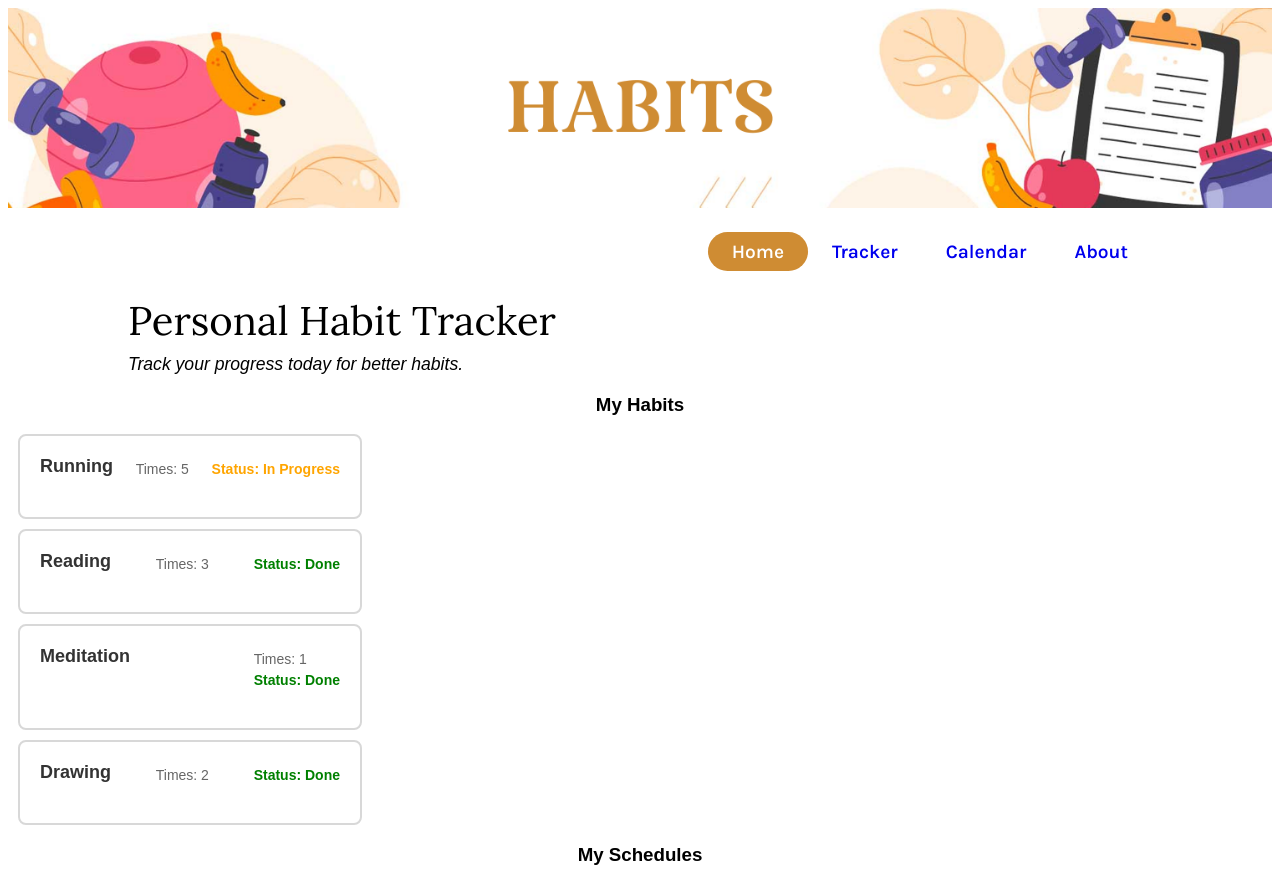
Repository: SandyLy453/habit-tracker
Page: http://localhost/
These files come from the project's save history. The page is drawn as it stood at one moment and after the next save; the edit follows.
The browser window is 1280 px wide. The pictures show the whole page.
The page is served by the project's Node server (server.js).

Above is the page before, as saved 2025-03-14 19:19:25.

### views/pages/home.ejs
<!DOCTYPE html>
<html lang="en">
<head>
    <meta charset="UTF-8">
    <meta name="viewport" content="width=device-width, initial-scale=1.0">
    <link rel="stylesheet" href="/styles.css">

    <!-- Fonts -->
    <link rel="preconnect" href="https://fonts.googleapis.com">
    <link rel="preconnect" href="https://fonts.gstatic.com" crossorigin>
    <link href="https://fonts.googleapis.com/css2?family=Karla:ital,wght@0,200..800;1,200..800&family=Roboto:ital,wght@0,100..900;1,100..900&display=swap" rel="stylesheet">

    <link rel="preconnect" href="https://fonts.googleapis.com">
    <link rel="preconnect" href="https://fonts.gstatic.com" crossorigin>
    <link href="https://fonts.googleapis.com/css2?family=Lora:ital,wght@0,400..700;1,400..700&display=swap" rel="stylesheet">
</head>
<body>
    <%- include('../partials/header', { activePage: 'home' }) %>
    <div class="heading_section">
        <h1>Personal Habit Tracker</h1>
        <p>Track your progress today for better habits.</p>
    </div>

    <section>
        <div>
            <h3>My Habits</h3>
            <div class="card">
                <div class="habit">
                    <h3>Running</h3>
                    <p>Times: 5</p>
                    <p class="status in-progress">Status: In Progress</p>
                </div>
            </div>
            <div class="card">
                <div class="habit">
                    <h3>Reading</h3>
                    <p>Times: 3</p>
                    <p class="status done">Status: Done</p>
                </div>
            </div>
            <div class="card">
                <div class="habit">
                    <h3>Meditation</h3>
                    <div class="details">
                        <p>Times: 1</p>
                    <p class="status done">Status: Done</p>
                    </div>
                </div>
            </div>
            <div class="card">
                <div class="habit">
                    <h3>Drawing</h3>
                    <p>Times: 2</p>
                    <p class="status done">Status: Done</p>
                </div>
            </div>
        <div>
            <h3>My Schedules</h3>
        </div>
    </section>
</body>
</html>

### views/partials/header.ejs
<!DOCTYPE html>
<html lang="en">
<head>
    <meta charset="UTF-8">
    <meta name="viewport" content="width=device-width, initial-scale=1.0">
    <title>
        <%= typeof title != 'undefined' ? title : 'Page Title' %>
    </title>
    <link rel="stylesheet" href="/styles.css">
    <link rel="preconnect" href="https://fonts.googleapis.com">
    <link rel="preconnect" href="https://fonts.gstatic.com" crossorigin>
    <link href="https://fonts.googleapis.com/css2?family=Karla:ital,wght@0,200..800;1,200..800&family=Roboto:ital,wght@0,100..900;1,100..900&display=swap" rel="stylesheet">
</head>
<body>
    <header>
        <div class="header_container">
            <img src="<%= activePage === 'home' ? '/images/home_banner.png' : activePage === 'tracker' ? '/images/tracker_banner.png' : activePage === 'calendar' ? '/images/calendar_banner.png' : '/images/about_banner.png' %>" />
            <ul class="header">
                <li><a href="/" class="header_items <%= activePage === 'home' ? 'highlight' : '' %>">Home</a></li>
                <li><a href="/tracker" class="header_items <%= activePage === 'tracker' ? 'highlight' : '' %>">Tracker</a></li>
                <li><a href="/calendar" class="header_items <%= activePage === 'calendar' ? 'highlight' : '' %>">Calendar</a></li>
                <li><a href="/about" class="header_items <%= activePage === 'about' ? 'highlight' : '' %>">About</a></li>
              </ul>
        </div>
    </header>
</body>
</html>

### server.js
import pg from 'pg';
import express from 'express';
import bodyParser from 'body-parser';
import dotenv from 'dotenv';
import path from 'path';
import { fileURLToPath } from 'url';

const __filename = fileURLToPath(import.meta.url);
const __dirname = path.dirname(__filename);

dotenv.config();

// Database setup
const db = new pg.Client({
  user: process.env.DB_USER,
  host: process.env.DB_HOST,
  database: process.env.DB_DATABASE,
  password: process.env.DB_PASSWORD,
  port: process.env.DB_PORT,
});

db.connect()
  .then(() => {
    console.log('Connected to the database');
  })
  .catch(err => {
    console.error('Database connection error:', err.stack);
});

const app = express();
const port = 3000;

app.set('views', path.join(__dirname, 'views'));

// Middleware
app.use(bodyParser.urlencoded({ extended: true }));
app.use(express.static('public'));  // Serve static files from the public folder
app.set('view engine', 'ejs');

// Routes
app.get('/', (req, res) => {
  res.render('pages/home', {
    title: "Personal Habit Tracker",
    activePage: 'home',
    paragraph: "Track your progress today for better habits."
  });
});

app.get('/tracker', (req, res) => {
  res.render('pages/tracker', {
    title: "My Habits Tracker",
    activePage: 'tracker',
    paragraph: " "
  });
});

app.get('/calendar', (req, res) => {
  res.render('pages/calendar', {
    title: "My Calendar",
    activePage: 'calendar',
    paragraph: " "
  });
});

app.get('/about', (req, res) => {
  res.render('pages/about', {
    title: "About",
    activePage: 'about',
  });
});

app.listen(port, () => {
  console.log(`App listening at port ${port}`);
});

### public/styles.css
:root {
    --header-font: "Karla", sans-serif;
    --heading-font: "Lora", serif;

    --font-styles-bold: 600;
    --font-styles-regular: 400;
    --header-large: 1.2rem;
    --page-heading: 2.5rem;
    --page-details: 1.1rem;

    --highlight-color: #CF8C33;
}

body {
    font-family: Arial, sans-serif;
    text-align: center;
}

input, button {
    margin: 5px;
    padding: 8px;
}

/* Header */
.header_container img {
    margin: 0;
    padding: 0;
    display: block;
    width: 100%;
    height: 100%;
    object-fit: cover;
}

.header {
    display: flex;
    flex-direction: row;
    justify-content:flex-end;
    list-style: none;
    margin: 2rem 120px;
    font-family: var(--header-font);
    font-weight: var(--font-styles-bold);
    font-size: var(--header-large);
}

.header_items {
    text-decoration: none;
    padding: .5rem 1.5rem;
    border-radius: 20px;
}

.header_items.highlight {
    color: white;
    background-color: var(--highlight-color);
}

/* Home Page */
.heading_section {
    text-align: left;
    margin: 0 120px;
}

.heading_section h1 {
    font-family: var(--heading-font);
    font-weight: var(--font-styles-regular);
    font-size: var(--page-heading);
    margin-bottom: 0;
}

.heading_section p {
    font-size: var(--page-details);
    margin-top: .5rem;
    font-style: italic;
}

/* Home Page Cards */

.card {
    background-color: white;
    border-radius: 8px;
    border: 2px solid #D8D8D8;
    padding: 20px;
    width: 300px;
    margin: 10px;
    text-align: left;
}

.habit {
    display: flex;
    flex-direction: row;
    justify-content: space-between;
    margin-bottom: 15px;
}

.habit h3 {
    margin: 0;
    font-size: 18px;
    color: #333;
}

.habit p {
    margin: 5px 0;
    font-size: 14px;
    color: #666;
}

.status {
    font-weight: bold;
}

.status.in-progress {
    color: #ffa500;
}

.status.done {
    color: #008000;
}

After the next save:
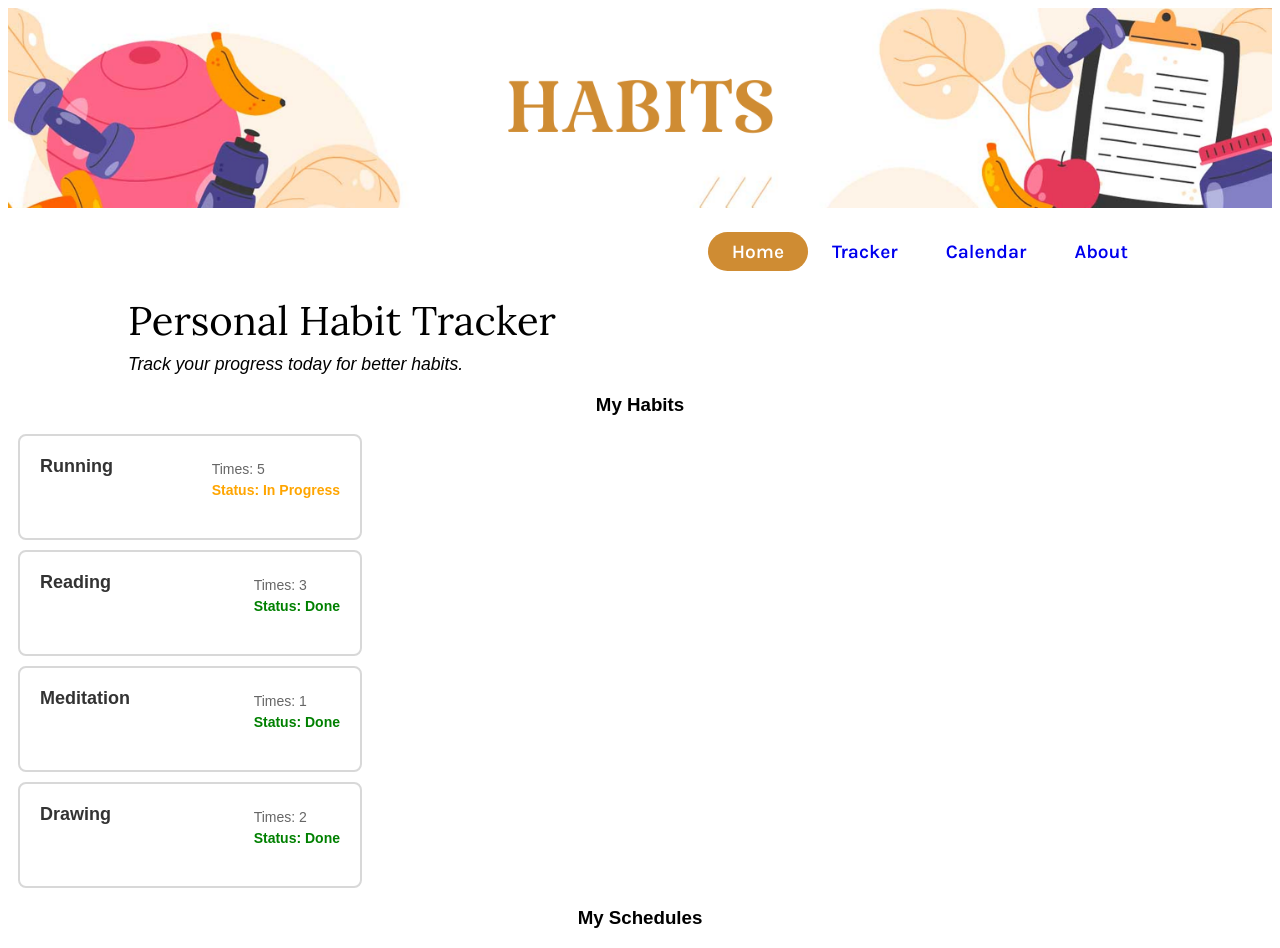
Saved 48 s later.
--- a/views/pages/home.ejs
+++ b/views/pages/home.ejs
@@ -27,15 +27,19 @@
             <div class="card">
                 <div class="habit">
                     <h3>Running</h3>
-                    <p>Times: 5</p>
-                    <p class="status in-progress">Status: In Progress</p>
+                    <div class="details">
+                        <p>Times: 5</p>
+                        <p class="status in-progress">Status: In Progress</p>
+                    </div>
                 </div>
             </div>
             <div class="card">
                 <div class="habit">
                     <h3>Reading</h3>
-                    <p>Times: 3</p>
-                    <p class="status done">Status: Done</p>
+                    <div class="details">
+                        <p>Times: 3</p>
+                        <p class="status done">Status: Done</p>
+                    </div>
                 </div>
             </div>
             <div class="card">
@@ -50,8 +54,10 @@
             <div class="card">
                 <div class="habit">
                     <h3>Drawing</h3>
-                    <p>Times: 2</p>
-                    <p class="status done">Status: Done</p>
+                    <div class="details">
+                        <p>Times: 2</p>
+                        <p class="status done">Status: Done</p>
+                    </div>
                 </div>
             </div>
         <div>
